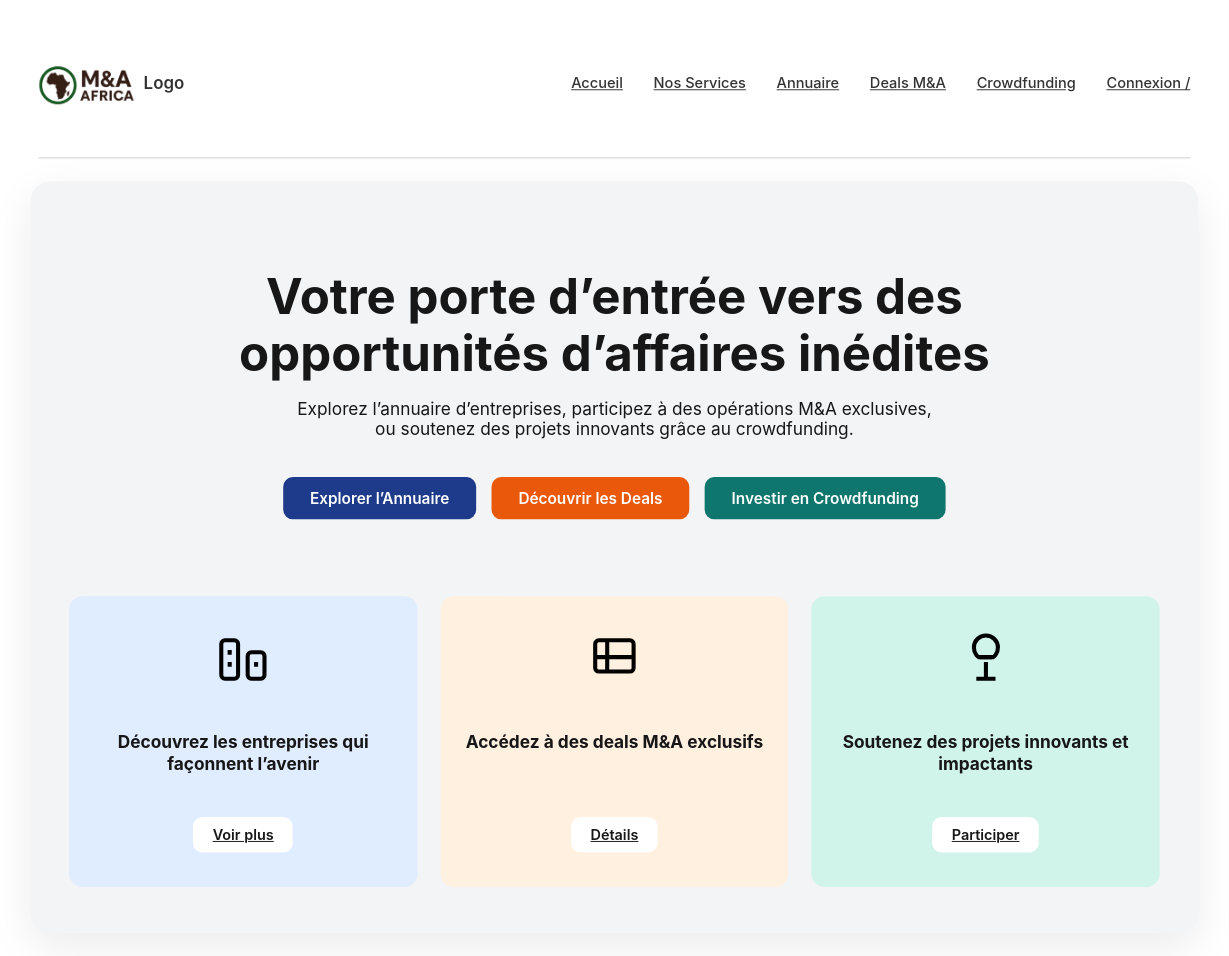
Repository: MFredy25/africa-fusion
Page: /hub
These files come from the project's save history. The page is drawn as it stood at one moment and after the next save; the edit follows.
The browser window is 1280 px wide. The pictures show the whole page, at 96% of full size.
The project was rebuilt for these pictures with package versions that can differ from the ones it lists, and the page was loaded fresh each time. The framework's server and built-in components were replaced by stand-ins that run in the browser. Also part of the build but not shown: next.config.js, next.config.ts.

Above is the page before, as saved 2025-06-08 16:39:15.

After the next save:
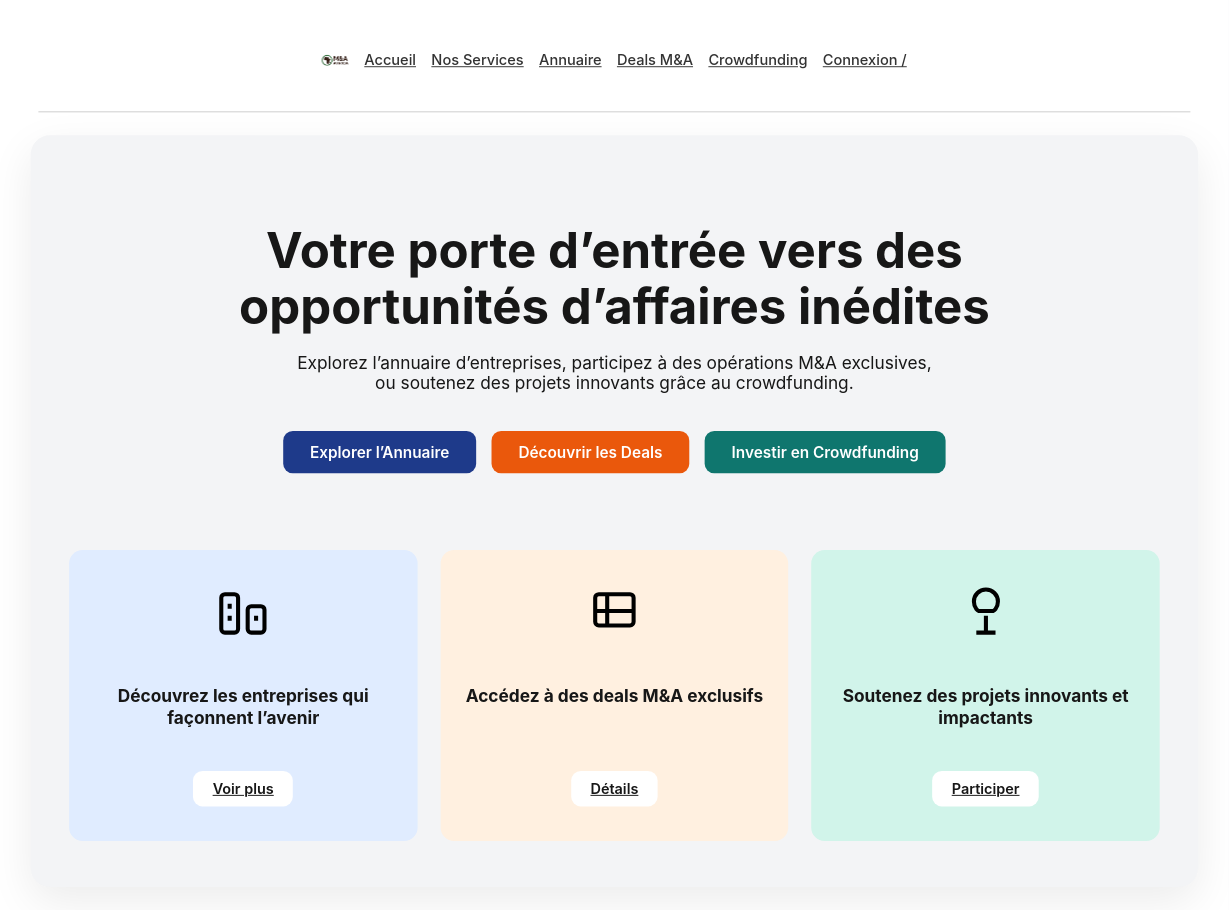
Saved 10 min 31 s later.
--- a/src/components/HubHeader.tsx
+++ b/src/components/HubHeader.tsx
@@ -6,15 +6,14 @@ import Image from 'next/image';
 import styles from '../styles/hub.module.css';
 
 export default function HubHeader() {
-  /* ─── Thème clair / sombre détecté depuis l’OS ─── */
+  /* ── Thème clair / sombre ── */
   const [isDark, setIsDark] = useState(false);
-
   useEffect(() => {
-    const media = window.matchMedia('(prefers-color-scheme: dark)');
-    const apply = () => setIsDark(media.matches);
+    const mq = window.matchMedia('(prefers-color-scheme: dark)');
+    const apply = () => setIsDark(mq.matches);
     apply();
-    media.addEventListener('change', apply);
-    return () => media.removeEventListener('change', apply);
+    mq.addEventListener('change', apply);
+    return () => mq.removeEventListener('change', apply);
   }, []);
 
   const colors = {
@@ -30,39 +29,63 @@ export default function HubHeader() {
         background: colors.bg,
         color: colors.text,
         borderBottom: `1px solid ${colors.border}`,
+        width: '100%',
       }}
     >
-      <div className={styles.logo} style={{ color: colors.text }}>
-        <Image
-          src="/images/fusion_africa.png"
-          alt="Logo"
-          width={100}
-          height={100}
-          style={{ objectFit: 'contain' }}
-        />
-        <span>Logo</span>
+      {/* conteneur centré */}
+      <div
+        style={{
+          maxWidth: '1200px',
+          margin: '0 auto',
+          display: 'flex',
+          alignItems: 'center',
+          justifyContent: 'space-between',
+          padding: '0.75rem 1rem',
+          gap: '1rem',
+        }}
+      >
+        {/* Logo seul, sans texte */}
+        <Link href="/" style={{ display: 'flex', alignItems: 'center' }}>
+          <Image
+            src="/images/fusion_africa.png"
+            alt="Logo"
+            width={28}
+            height={28}
+            style={{ objectFit: 'contain' }}
+          />
+        </Link>
+
+        {/* Liens toujours sur une ligne */}
+        <nav
+          className={styles.navLinks}
+          style={{
+            display: 'flex',
+            gap: '1rem',
+            flexWrap: 'nowrap',
+            color: colors.text,
+            whiteSpace: 'nowrap',
+          }}
+        >
+          <Link href="/home" style={{ color: 'inherit' }}>
+            Accueil
+          </Link>
+          <Link href="/services" style={{ color: 'inherit' }}>
+            Nos Services
+          </Link>
+          <Link href="/annuaire" style={{ color: 'inherit' }}>
+            Annuaire
+          </Link>
+          <Link href="/deals-m-a" style={{ color: 'inherit' }}>
+            Deals M&A
+          </Link>
+          <Link href="/crowdfunding" style={{ color: 'inherit' }}>
+            Crowdfunding
+          </Link>
+          <Link href="/connexion" style={{ color: 'inherit' }}>
+            Connexion /
+          </Link>
+        </nav>
       </div>
-
-      <nav className={styles.navLinks} style={{ color: colors.text }}>
-        <Link href="/home" style={{ color: 'inherit' }}>
-          Accueil
-        </Link>
-        <Link href="/services" style={{ color: 'inherit' }}>
-          Nos Services
-        </Link>
-        <Link href="/annuaire" style={{ color: 'inherit' }}>
-          Annuaire
-        </Link>
-        <Link href="/deals-m-a" style={{ color: 'inherit' }}>
-          Deals M&A
-        </Link>
-        <Link href="/crowdfunding" style={{ color: 'inherit' }}>
-          Crowdfunding
-        </Link>
-        <Link href="/connexion" style={{ color: 'inherit' }}>
-          Connexion /
-        </Link>
-      </nav>
     </header>
   );
 }
